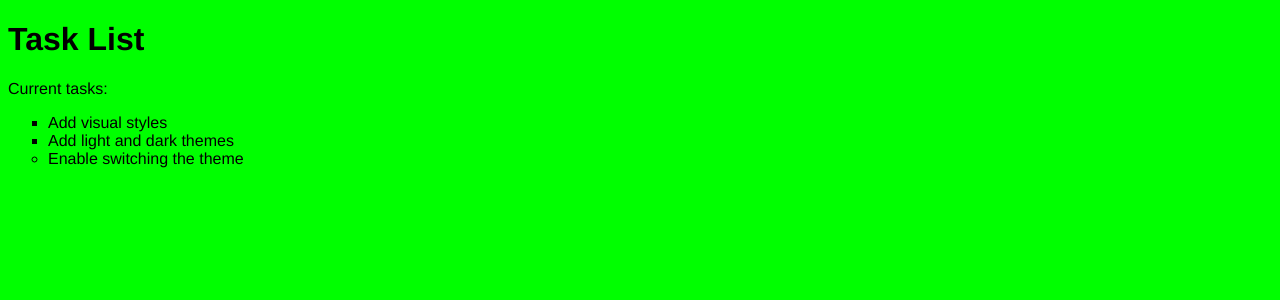
Repository: MaggieMengXingchen/Class-4
Page: index.html
The author's editor kept a copy of each file at every save. The page is drawn from the files as they stood at one save, then again after the next save.
The browser window is 1280 px wide. The pictures show the whole page.

Above is the page before, as saved 2024-02-14 13:47:40.

After the next save:
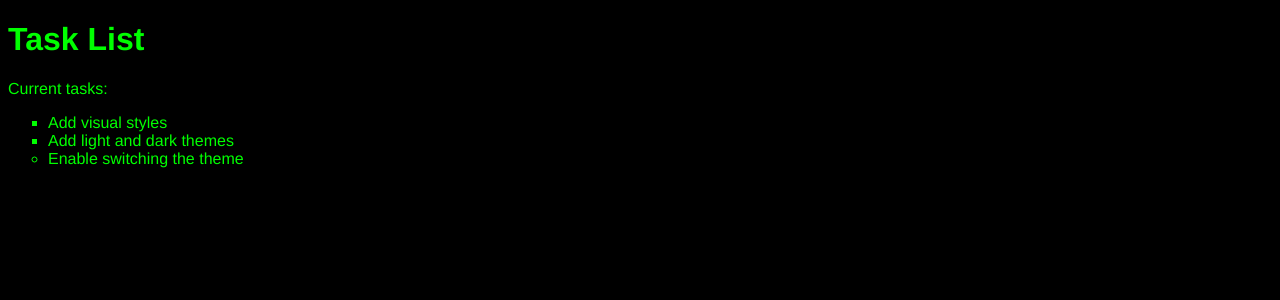
Saved 21 s later.
--- a/index.html
+++ b/index.html
@@ -6,7 +6,7 @@
     <title>Document</title>
     <Link rel="stylesheet" href="main.css">
 </head>
-<body class="light-theme">
+<body class="dark-theme">
     <h1>Task List</h1>
     <p id="msg">Current tasks:</p>
     <ul>
